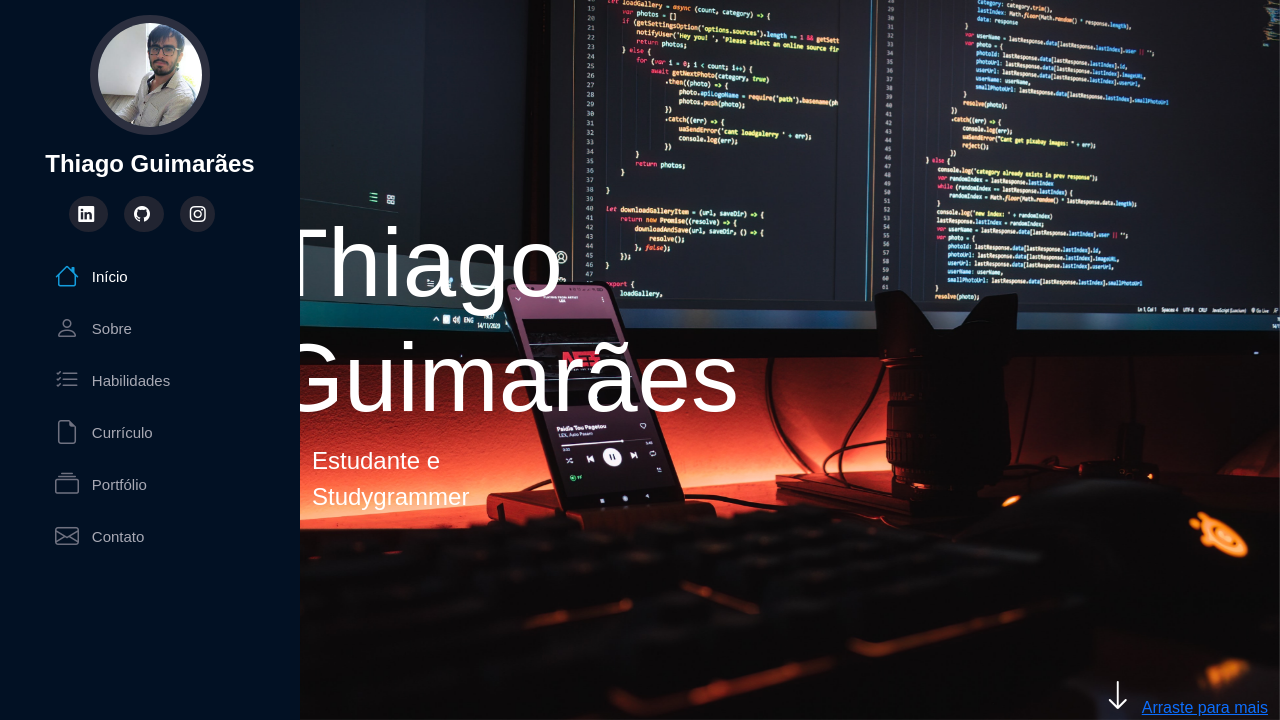
Repository: Rayago/projeto-portfolio
Page: http://localhost/
An editor plug-in stored every save of this project. The page is shown before and after the next save, followed by the edit.
The browser window is 1280 px wide. The pictures show the whole page.
Some web fonts or font styles are not loaded; a fallback is used. The page is served by the project's application, run on Flask 3 (app.py).

Above is the page before, as saved 2022-07-12 17:28:45.

After the next save:
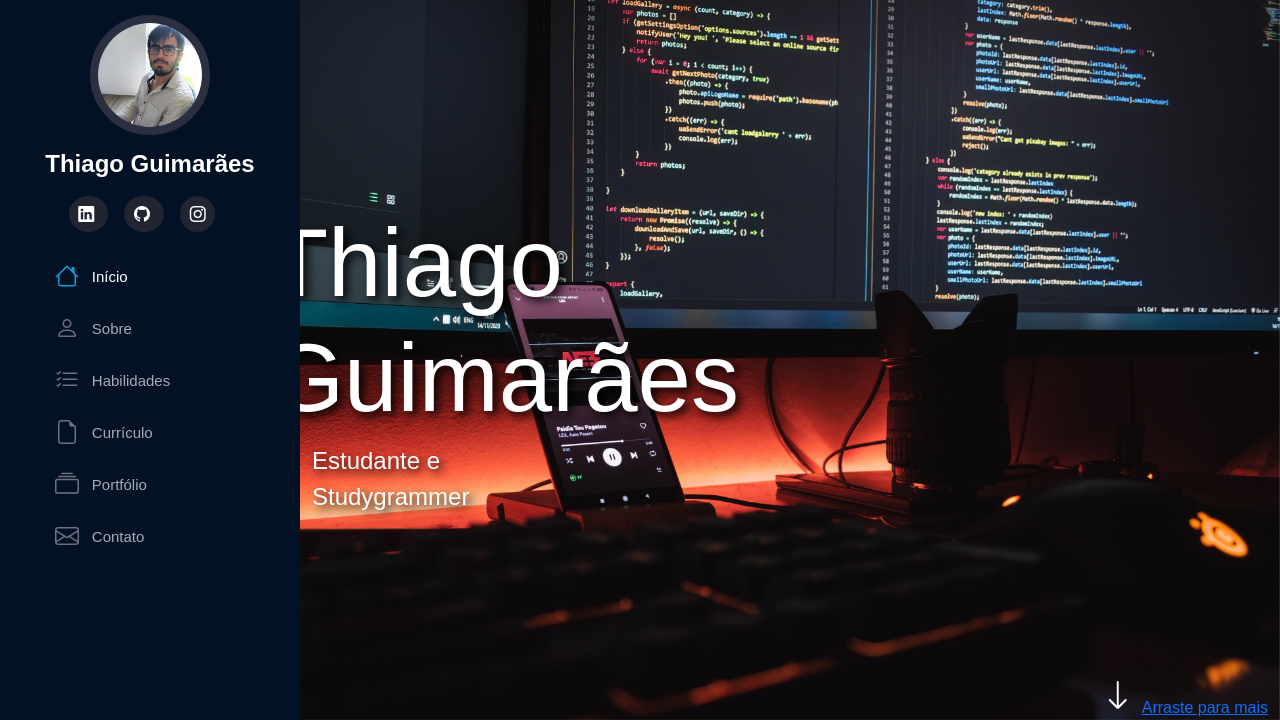
Saved 39 s later.
--- a/static/style.css
+++ b/static/style.css
@@ -110,3 +110,7 @@ section#inicio span#subtitle{
     margin-right: 8rem;
     font-size: 1.5rem;
 }
+
+.text-shadow {
+    text-shadow: 4px 4px 10px #000000;
+}
